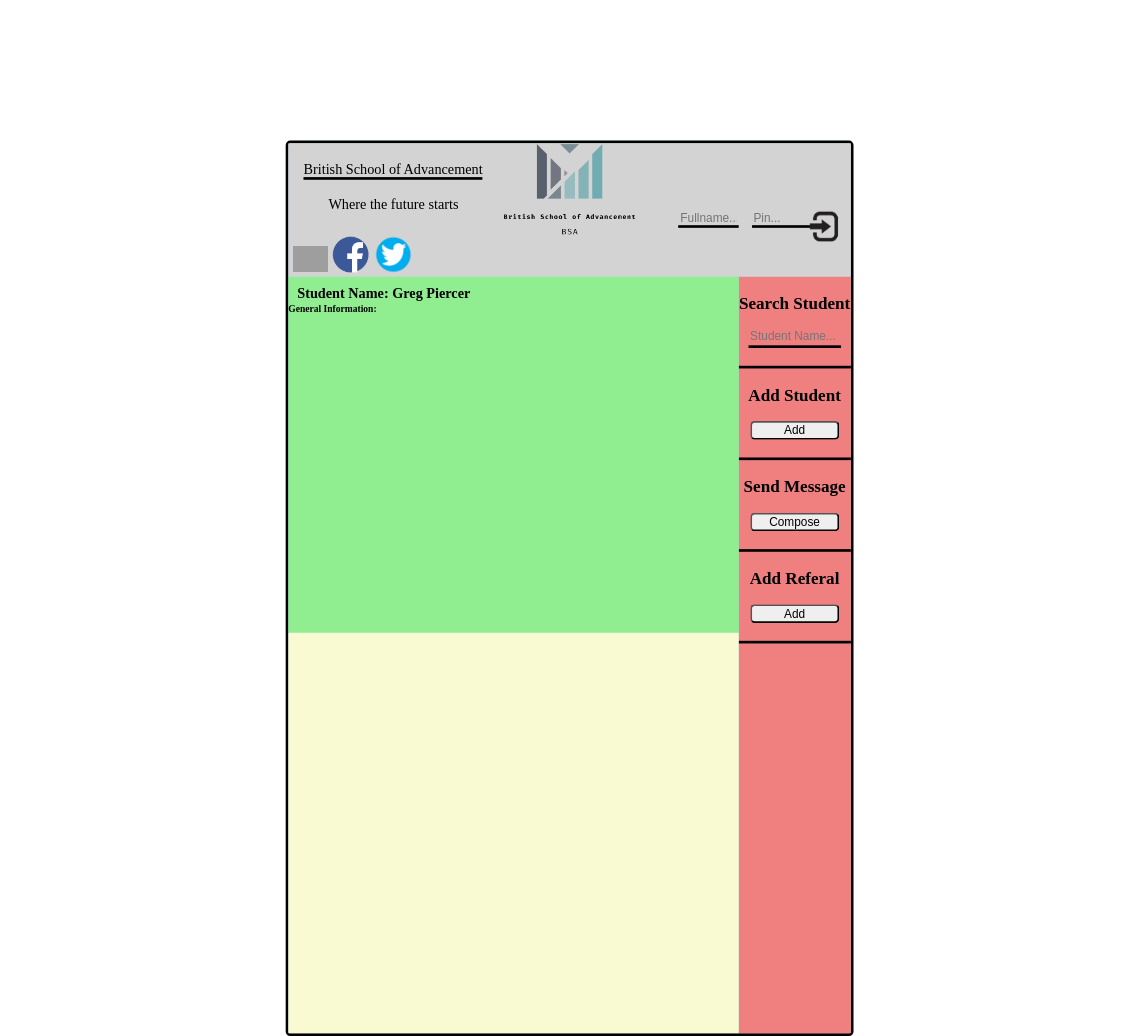
Repository: ghend99/School-app
Page: index.html
The author's editor kept a copy of each file at every save. The page is drawn from the files as they stood at one save, then again after the next save.
The browser window is 1280 px wide. The pictures show the whole page, at 89% of full size.
Pictures or frames that could not be fetched are drawn as grey boxes.

Above is the page before, as saved 2023-03-24 14:10:08.

After the next save:
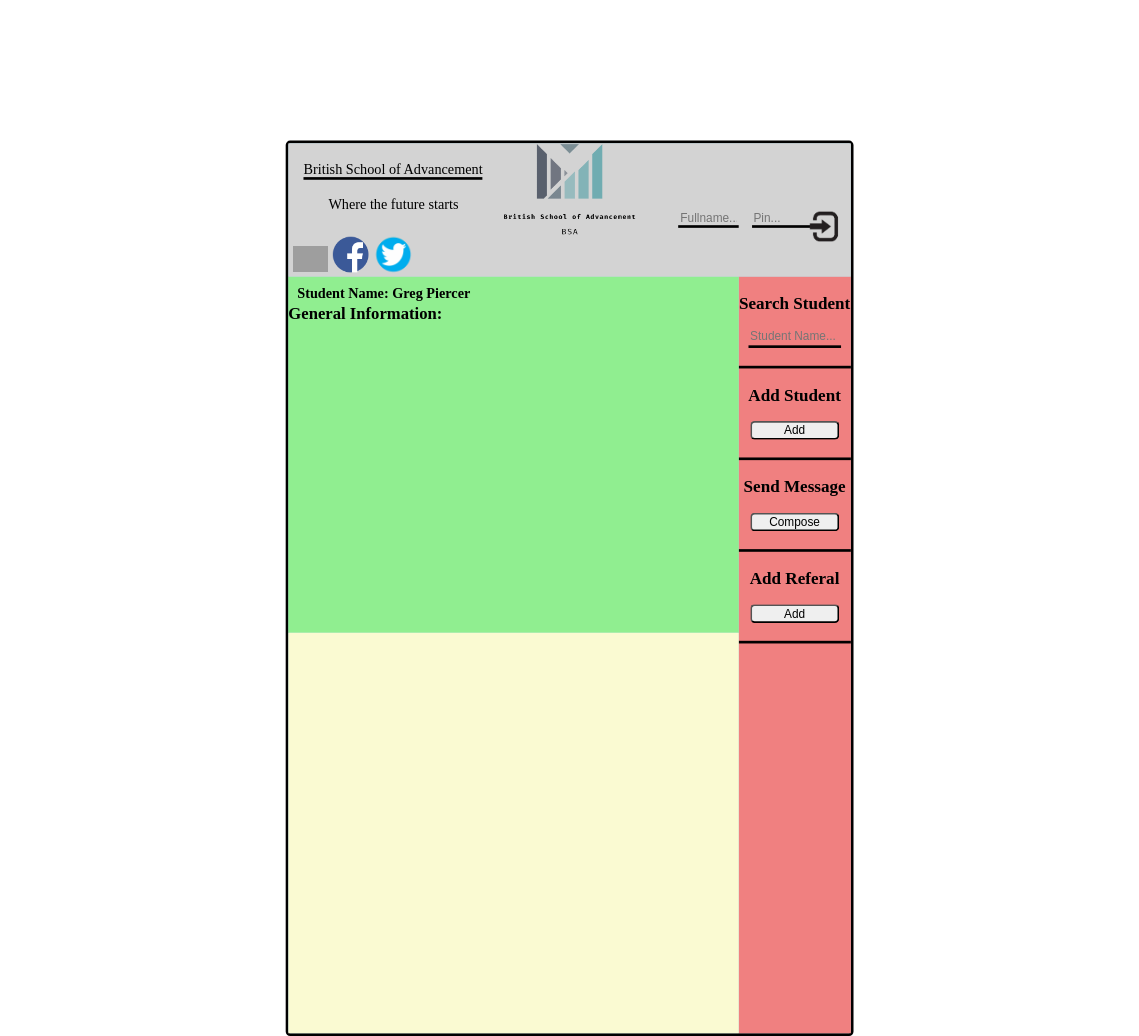
Saved 6 s later.
--- a/index.html
+++ b/index.html
@@ -68,7 +68,7 @@
       <!-- Student Information Container -->
       <div id="student-information-container">
         <h1 class="student-information-header">Student Name: Greg Piercer</h1>
-        <h6 class="student-information-general-header">General Information:</h6>
+        <h3 class="student-information-general-header">General Information:</h3>
       </div>
 
       <!-- Student Management Container -->
